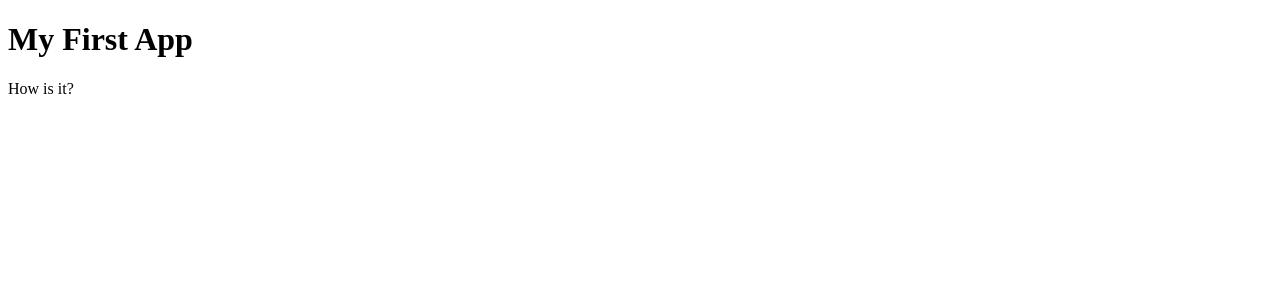
Repository: mksaini026/Java_Program
Page: TestWeb/WebContent/HomePage.html
The author's editor kept a copy of each file at every save. The page is drawn from the files as they stood at one save, then again after the next save.
The browser window is 1280 px wide. The pictures show the whole page.

Above is the page before, as saved 2019-10-23 08:01:06.

After the next save:
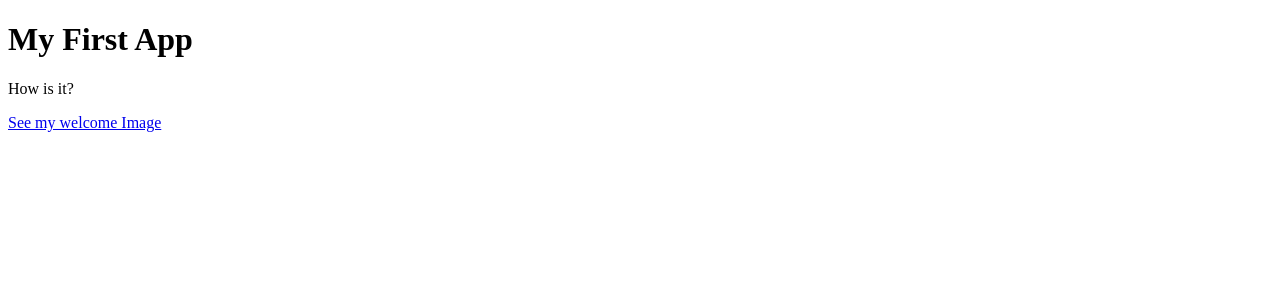
Saved 5 min 12 s later.
--- a/TestWeb/WebContent/HomePage.html
+++ b/TestWeb/WebContent/HomePage.html
@@ -7,5 +7,6 @@
 <body>
 <h1>My First App</h1>
 <p>How is it?</p>
+<a href="http://localhost:8080/TestWeb/Test.html">See my welcome Image</a>
 </body>
 </html>
